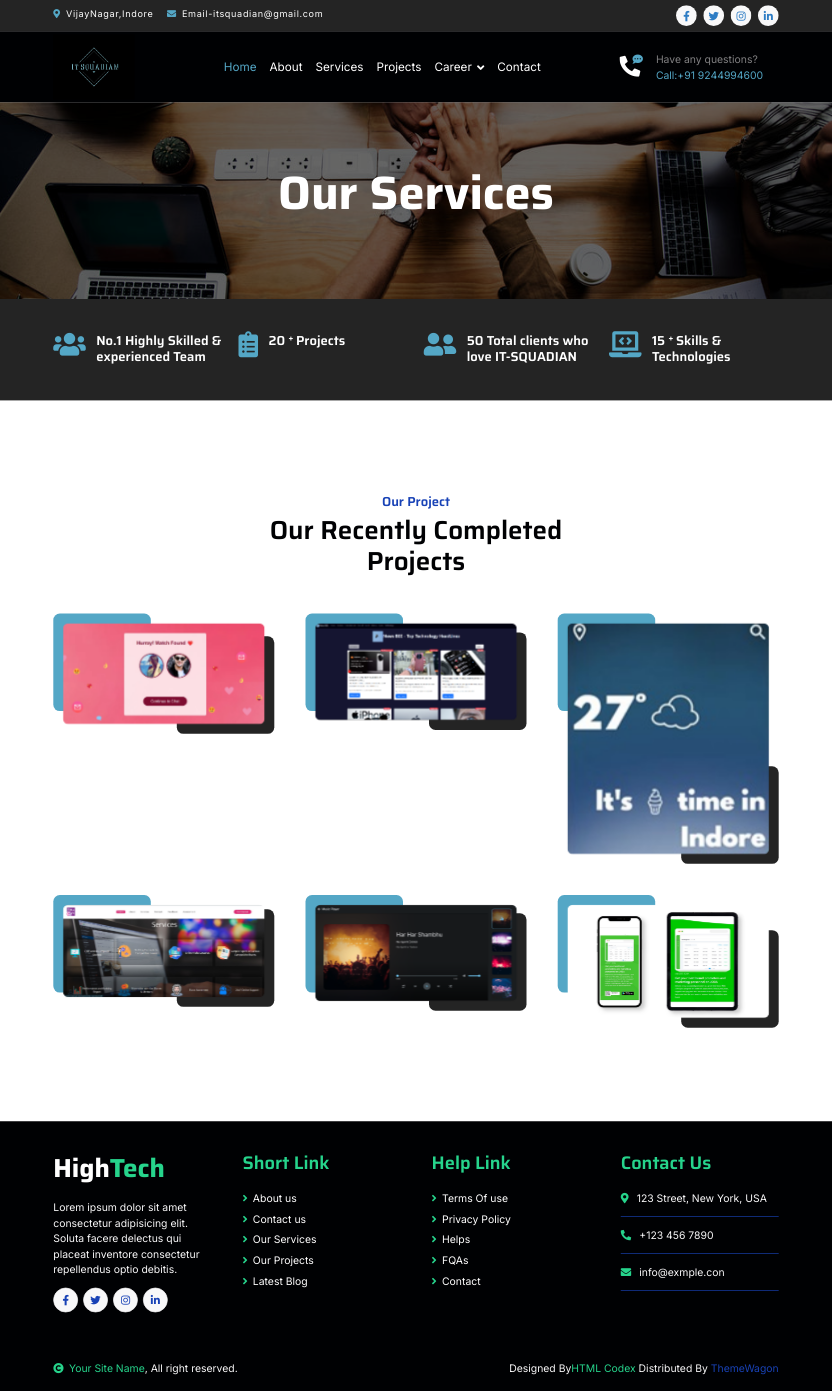
Repository: itsquadian/IT-SQUADIAN
Page: project.html
The author's editor kept a copy of each file at every save. The page is drawn from the files as they stood at one save, then again after a run of saves.
The browser window is 1280 px wide. The pictures show the whole page, at 65% of full size.
Some web libraries are served in a nearby version.

Above is the page before, as saved 2024-04-13 18:46:02.

After the next 2 saves:
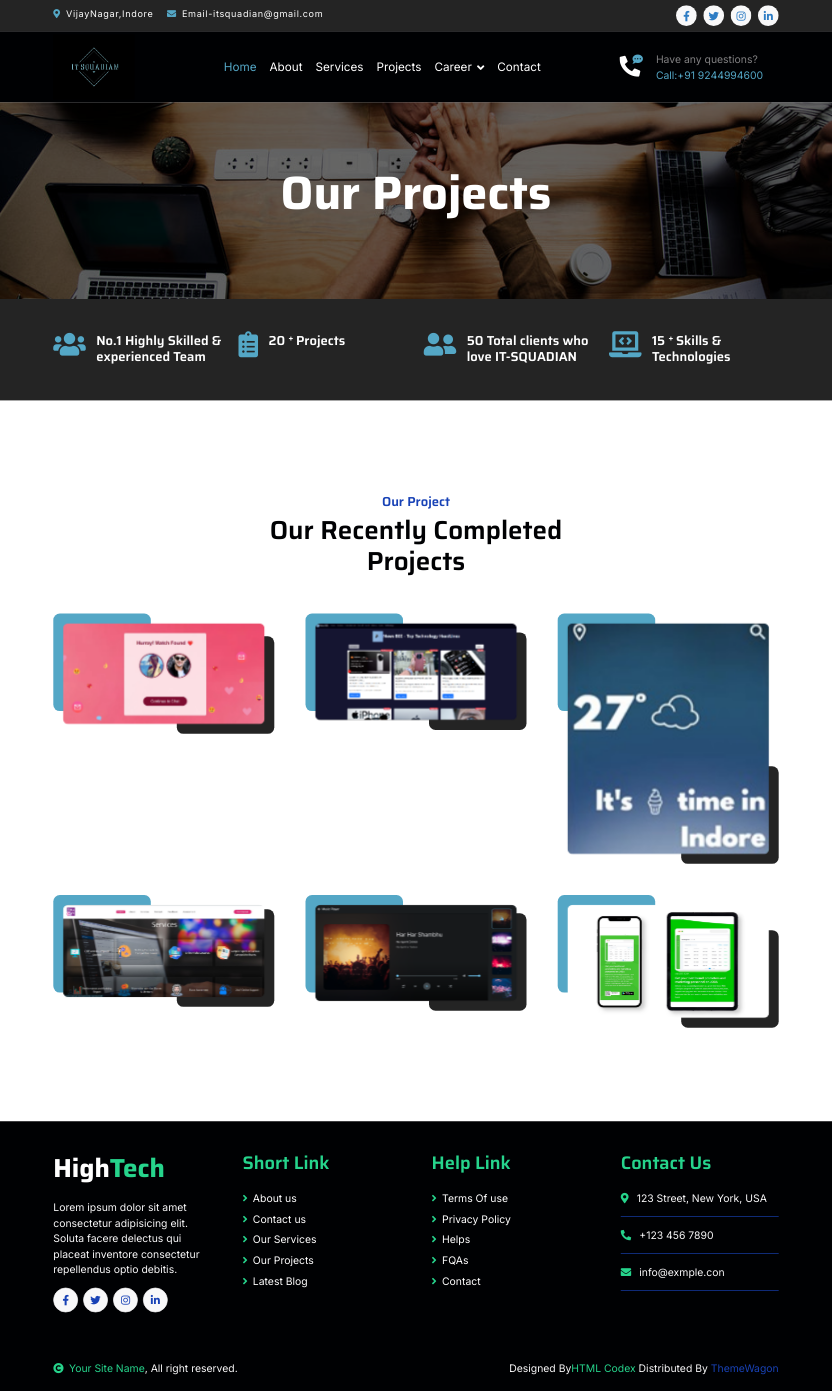
The 2 saves are shown as one change because they came seconds apart.
The last was saved 21 s later.
--- a/project.html
+++ b/project.html
@@ -116,7 +116,7 @@
 <!-- Page Header Start -->
 <div class="container-fluid page-header py-5">
     <div class="container text-center py-5">
-        <h1 class="display-2 text-white mb-4 animated slideInDown">Our Services</h1>
+        <h1 class="display-2 text-white mb-4 animated slideInDown">Our Projects</h1>
         <nav aria-label="breadcrumb animated slideInDown">
             <!-- <ol class="breadcrumb justify-content-center mb-0">
                 <li class="breadcrumb-item"><a href="#">Home</a></li>
